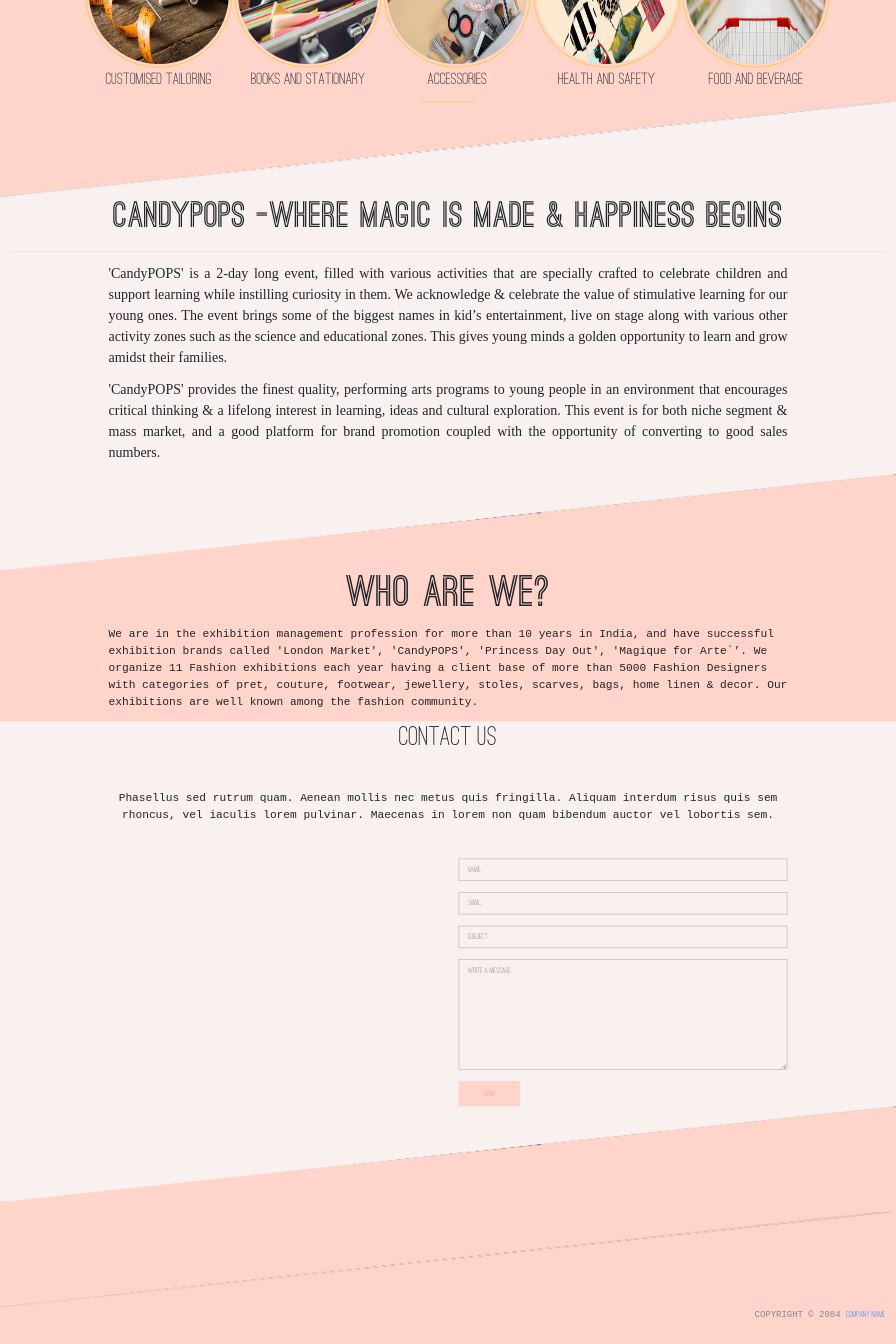
Repository: Demonster1999/newshoperrepo
Page: index.html
These files come from the project's save history. The page is drawn as it stood at one moment and after a run of saves; the edit follows.
The browser window is 1280 px wide. The pictures show the part of the page from y = 2488 to 4408 px (the page is 4408 px tall before and 4400 px after), at 70% of full size.
Some web libraries are served in a nearby version.

Above is the page before, as saved 2020-07-21 16:13:09.
Console error: TypeError: Cannot read properties of null (reading 'getContext')

After the next 2 saves:
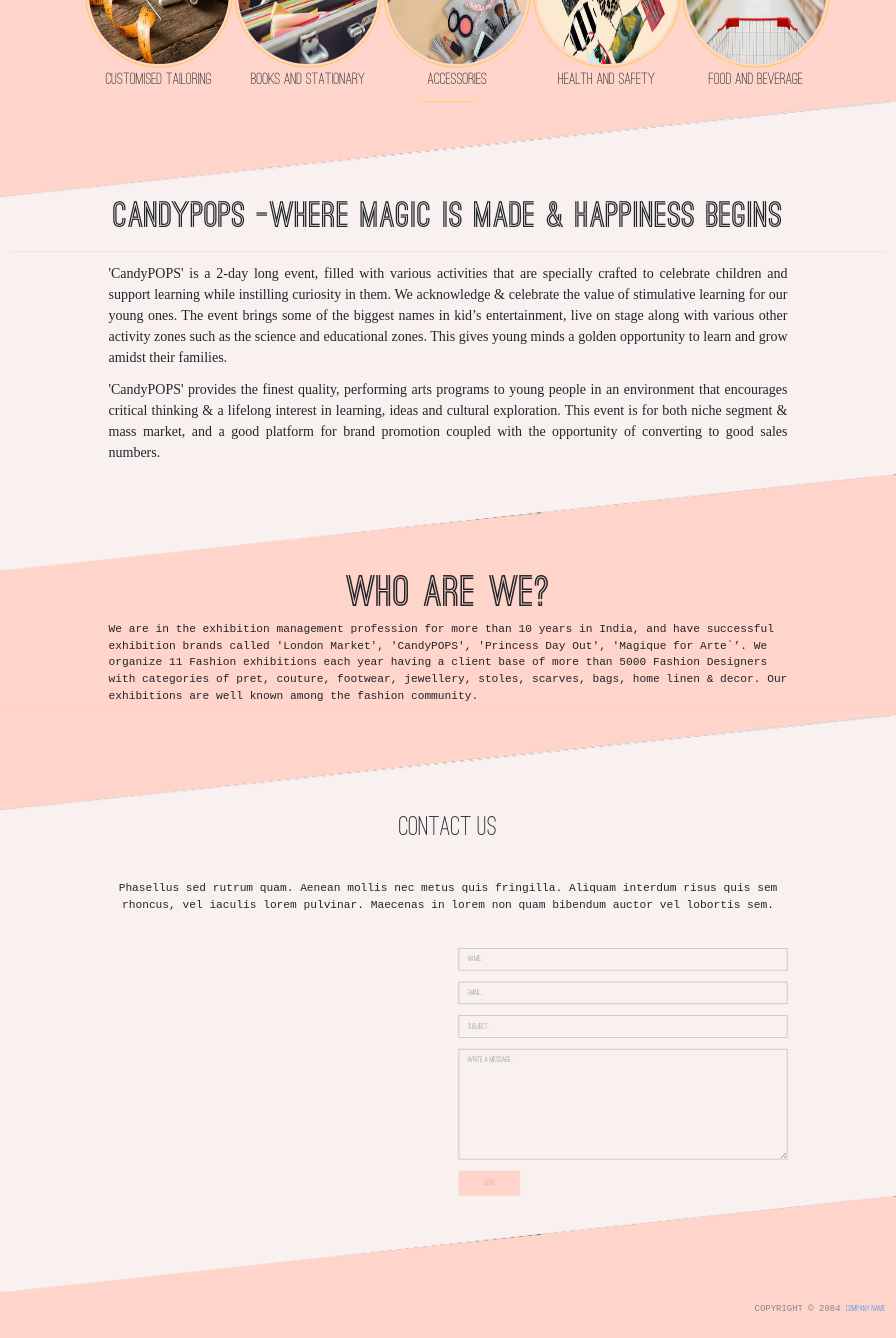
The 2 saves are shown as one change because they came seconds apart.
The last was saved 13 s later.
--- a/index.html
+++ b/index.html
@@ -318,7 +318,7 @@
 
 		<h1 style="font-weight: bold; font-size: 60px;" class="text-center"> Who are we? </h1>
 		<div class="container">
-<p style="font-family: 'Courier New', Courier, monospace;" class="mt-2">
+<p style="font-family: 'Courier New', Courier, monospace;">
 	We are in the exhibition management profession for more than 10 years in India, and have successful exhibition
 	brands
 	called 'London Market', 'CandyPOPS', 'Princess Day Out', 'Magique for Arte`’. We organize 11 Fashion exhibitions
@@ -334,6 +334,7 @@
 </section> <!-- portfolio -->
 
 <section class="tm-section tm-orange-bg" id="contact" >
+			<img src="images/tm-border-black-top.png" alt="Border" class="tm-border">
 			<div class="container">
 				<h1 class="text-uppercase text-center">Contact Us</h1>
 				<p class="text-center margin-top-50">Phasellus sed rutrum quam. Aenean mollis nec metus quis fringilla. Aliquam interdum risus quis sem rhoncus, vel iaculis lorem pulvinar. Maecenas in lorem non quam bibendum auctor vel lobortis sem.</p>
@@ -365,8 +366,6 @@
 
 
 	<footer class="text-right tm-dark-bg">
-			<img src="images/tm-border-black-top.png" alt="Border" class="tm-border">
-
 		<p class="text-uppercase container small">Copyright &copy; 2084 <a href="#">Company Name</a></p>
 	</footer>
 	<script src="js/jquery-1.11.1.min.js" ></script>
